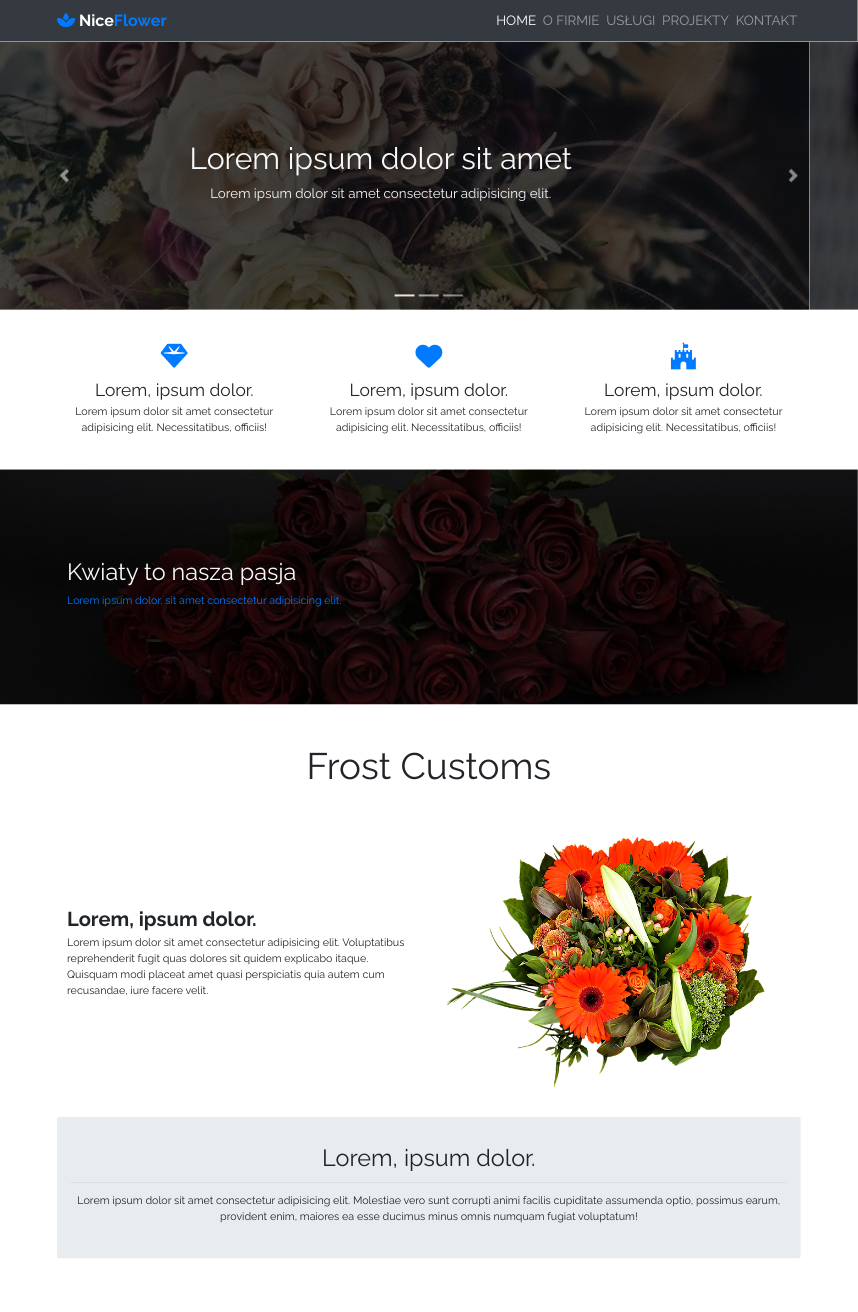
Repository: KrzysKolo/Projekt-13_Kwiaciarnia
Page: index.html
The author's editor kept a copy of each file at every save. The page is drawn from the files as they stood at one save, then again after the next save.
The browser window is 1280 px wide. The pictures show the whole page, at 67% of full size.
Some web libraries are served in a nearby version.

Above is the page before, as saved 2020-08-10 01:48:06.

After the next save:
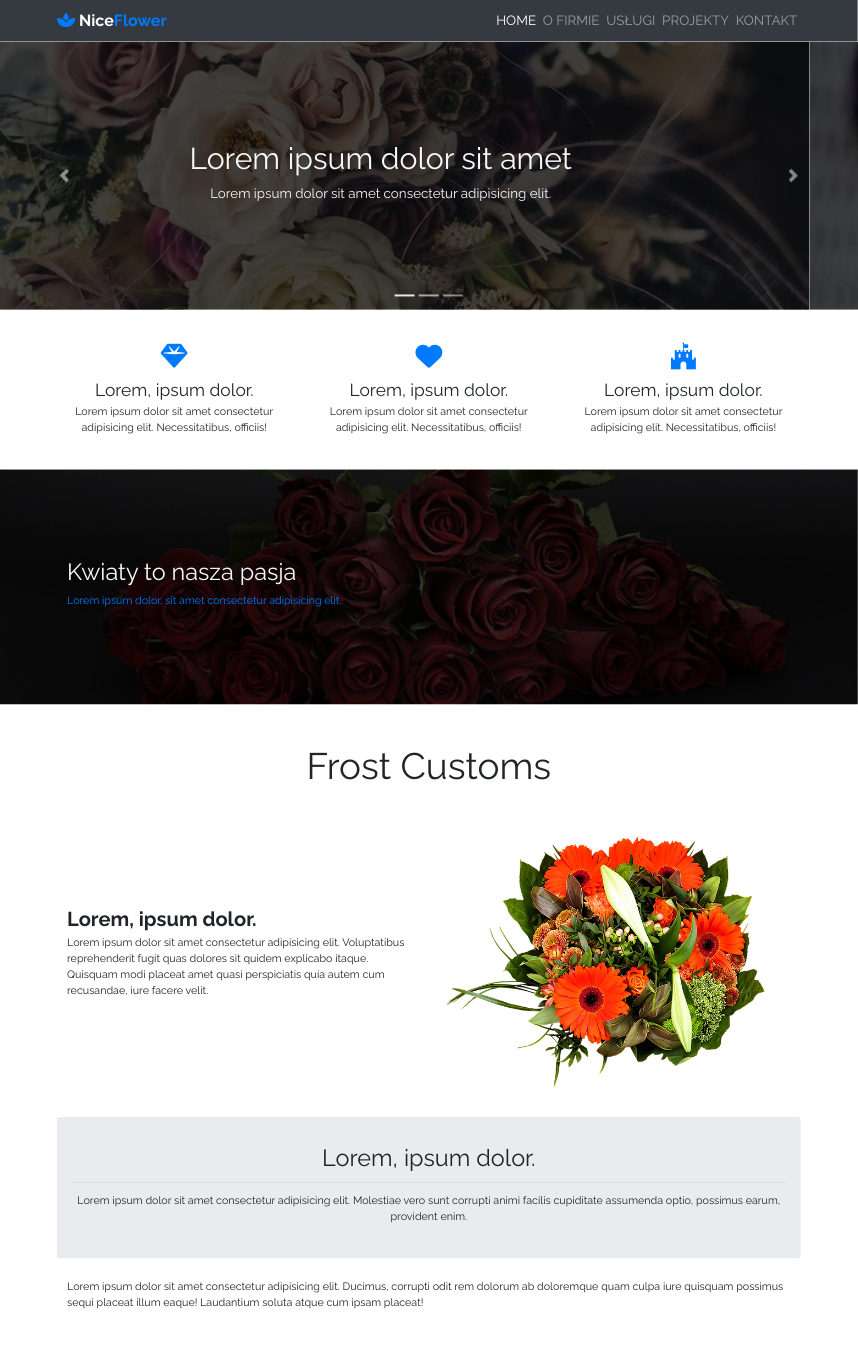
Saved 119 s later.
--- a/index.html
+++ b/index.html
@@ -198,10 +198,15 @@
             <p>
               Lorem ipsum dolor sit amet consectetur adipisicing elit. Molestiae
               vero sunt corrupti animi facilis cupiditate assumenda optio,
-              possimus earum, provident enim, maiores ea esse ducimus minus
-              omnis numquam fugiat voluptatum!
+              possimus earum, provident enim.
             </p>
           </div>
+          <p class="px-4 pt-3">
+            Lorem ipsum dolor sit amet consectetur adipisicing elit. Ducimus,
+            corrupti odit rem dolorum ab doloremque quam culpa iure quisquam
+            possimus sequi placeat illum eaque! Laudantium soluta atque cum
+            ipsam placeat!
+          </p>
         </div>
       </section>
     </main>
